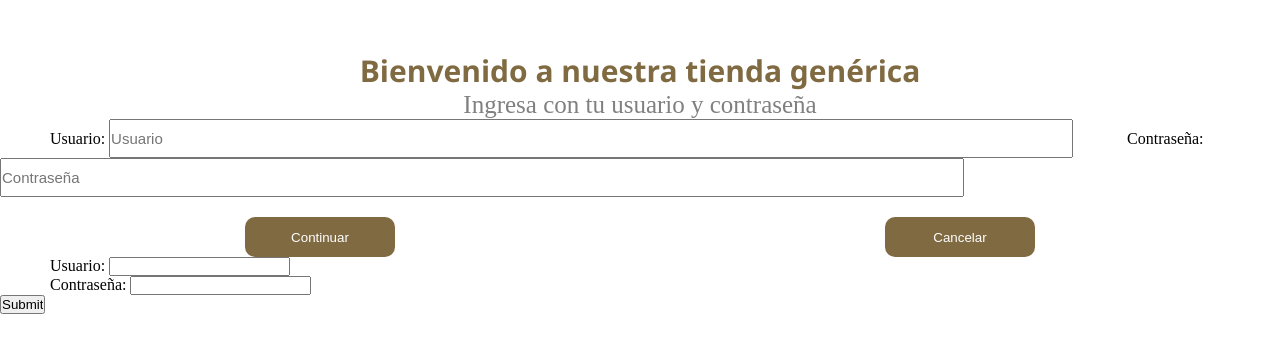
Repository: andresrojas686/tiendaGenericaMintic
Page: primerJSP/src/main/webapp/index.html
These files come from the project's save history. The page is drawn as it stood at one moment and after the next save; the edit follows.
The browser window is 1280 px wide. The pictures show the whole page.

Above is the page before, as saved 2021-09-15 01:15:39.

After the next save:
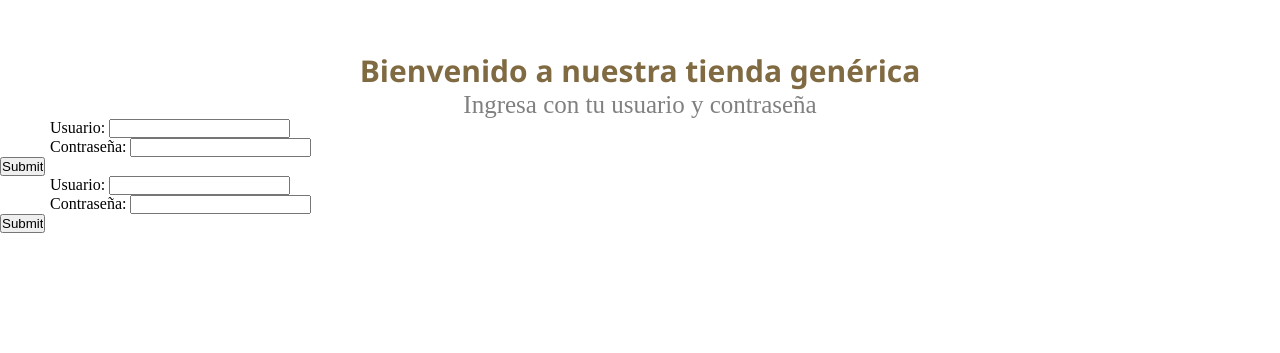
Saved 29 s later.
--- a/primerJSP/src/main/webapp/index.html
+++ b/primerJSP/src/main/webapp/index.html
@@ -15,21 +15,19 @@
                         <p class="ingresa">Ingresa con tu usuario y contraseña</p>
                     </div>
                     <div>
-                        <form action="ingresos.html">
-                            <label for="usuario">
-                                <span>Usuario: </span>
-                                <input type="text" name="" id="usuario" placeholder="Usuario">
-                            </label>
-                            <label for="pass">
-                                <span>Contraseña: </span>
-                                <input type="password" name="" id="pass" placeholder="Contraseña">
-                            </label>
-                            <div class="contenedor-botones">
-                                <input type="submit" value="Continuar" class="botones-usuario">
-                                <input type="reset" value="Cancelar" class="botones-usuario">
-                            </div>
-
-                        </form>
+                        <form action="comprobarUsuario.jsp" method="post">
+		<div>
+			<label>Usuario: </label>
+			<input type="text" name="usuario">
+		</div>
+		<div>
+			<label>Contraseña: </label>
+			<input type="password" name="pass">
+		</div>
+		<div>
+			<input type="submit">
+		</div>
+	</form>
                     </div>
                 </div>
             </section>
